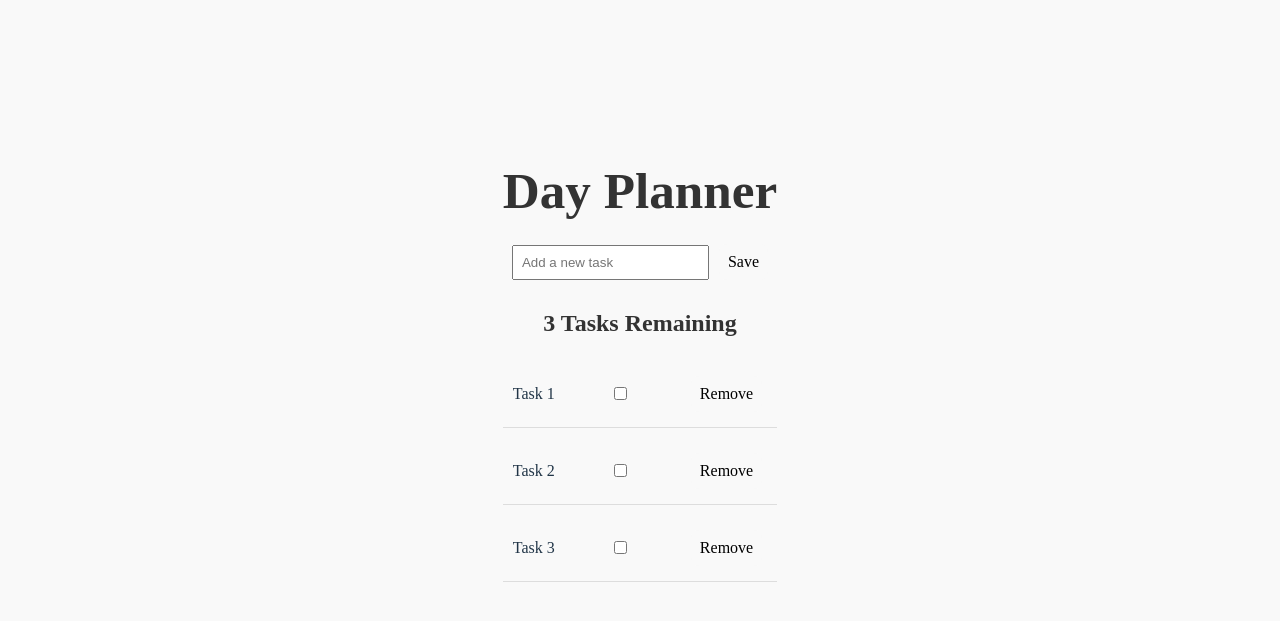
Repository: GavinPahal/Lab7
Page: /
The author's editor kept a copy of each file at every save. The page is drawn from the files as they stood at one save, then again after the next save.
The browser window is 1280 px wide. The pictures show the whole page.
The project was rebuilt for these pictures with package versions that can differ from the ones it lists, and the page was loaded fresh each time. Also part of the build but not shown: vite.config.js.

Above is the page before, as saved 2024-10-27 12:29:59.

### src/App.jsx
import React, { useState } from 'react';
import Task from './components/Task';
import TaskForm from './components/TaskForm';
import './App.css';

function App() {
  const [tasks, setTasks] = useState([
    { text: 'Task 1', isCompleted: false },
    { text: 'Task 2', isCompleted: false },
    { text: 'Task 3', isCompleted: false },
  ]);  // Initial 3 tasks

  const [showAll, setShowAll] = useState(false);  // State to toggle showing all tasks

  // Function to add a new task
  const addTask = (task) => {
    setTasks([...tasks, { text: task, isCompleted: false }]);
  };

  // Function to toggle task completion status
  const toggleTask = (index) => {
    const newTasks = [...tasks];
    newTasks[index].isCompleted = !newTasks[index].isCompleted;
    setTasks(newTasks);
  };

  // Function to delete a task
  const deleteTask = (index) => {
    const newTasks = tasks.filter((_, i) => i !== index);
    setTasks(newTasks);
  };

  // Get the count of pending tasks
  const pendingTasks = tasks.filter(task => !task.isCompleted).length;

  // Control how many tasks to display (first 3 or all)
  const tasksToDisplay = showAll ? tasks : tasks.slice(0, 3);

  return (
    <div className="app">
      <h1>Day Planner</h1>

      {/* TaskForm is now between the heading and task count */}
      <TaskForm addTask={addTask} />

      <h2>{pendingTasks} Tasks Remaining</h2>

      <div className="task-list">
        {tasksToDisplay.length > 0 ? (
          tasksToDisplay.map((task, index) => (
            <Task
              key={index}
              index={index}
              task={task}
              toggleTask={toggleTask}
              deleteTask={deleteTask}
            />
          ))
        ) : null /* Removed the "No tasks available" message */}
      </div>

      {tasks.length > 3 && !showAll && (
        <button onClick={() => setShowAll(true)}>Show All Tasks</button>
      )}
    </div>
  );
}

export default App;

### src/components/Task.jsx
import React from 'react';

function Task({ task, index, toggleTask, deleteTask }) {
  return (
    <div className={`task ${task.isCompleted ? 'completed' : ''}`}>
      <span>{task.text}</span>
      <input
        type="checkbox"
        checked={task.isCompleted}
        onChange={() => toggleTask(index)}
      />
      <button onClick={() => deleteTask(index)}>Remove</button>
    </div>
  );
}

export default Task;

### src/components/TaskForm.jsx
import React, { useState } from 'react';

function TaskForm({ addTask }) {
  const [value, setValue] = useState('');

  const handleSubmit = (e) => {
    e.preventDefault();
    if (!value) return;
    addTask(value);
    setValue('');
  };

  return (
    <form onSubmit={handleSubmit} className="task-form">
      <input
        type="text"
        value={value}
        onChange={(e) => setValue(e.target.value)}
        placeholder="Add a new task"
      />
      <button type="submit">Save</button>  {/* Changed 'Add' to 'Save' */}
    </form>
  );
}

export default TaskForm;

### src/App.css
body {
  font-family: 'Times New Roman', serif;
  margin: 0;
  padding: 0;
  background-color: #f9f9f9;
  display: flex; /* Use flexbox for centering */
  justify-content: center; /* Center horizontally */
  align-items: center; /* Center vertically */
  height: 100vh; /* Full viewport height */
  text-align: center; /* Center text within the body */
}

h1, h2 {
  margin-bottom: 20px;
  color: #333;
}

.task-list {
  margin-top: 20px;
}

.task {
  display: flex;
  justify-content: space-between;
  align-items: center;
  padding: 10px;
  margin-bottom: 10px;
  border-bottom: 1px solid #ddd;
}

.task.completed {
  text-decoration: line-through;
  color: #aaa;
}

/* Style the Save button */
.save-button {
  background-color: green; /* Green background */
  color: white; /* White text */
  padding: 10px; /* Padding for height */
  border: none; /* No border */
  cursor: pointer;
  font-size: 16px;
  width: 100%; /* Full width for a rectangle shape */
}

input[type="text"], button {
  padding: 8px;
  margin: 5px;
}

Loaded but not shown: index.html (common file); src/main.jsx (common file); src/index.css (common file)

After the next save:
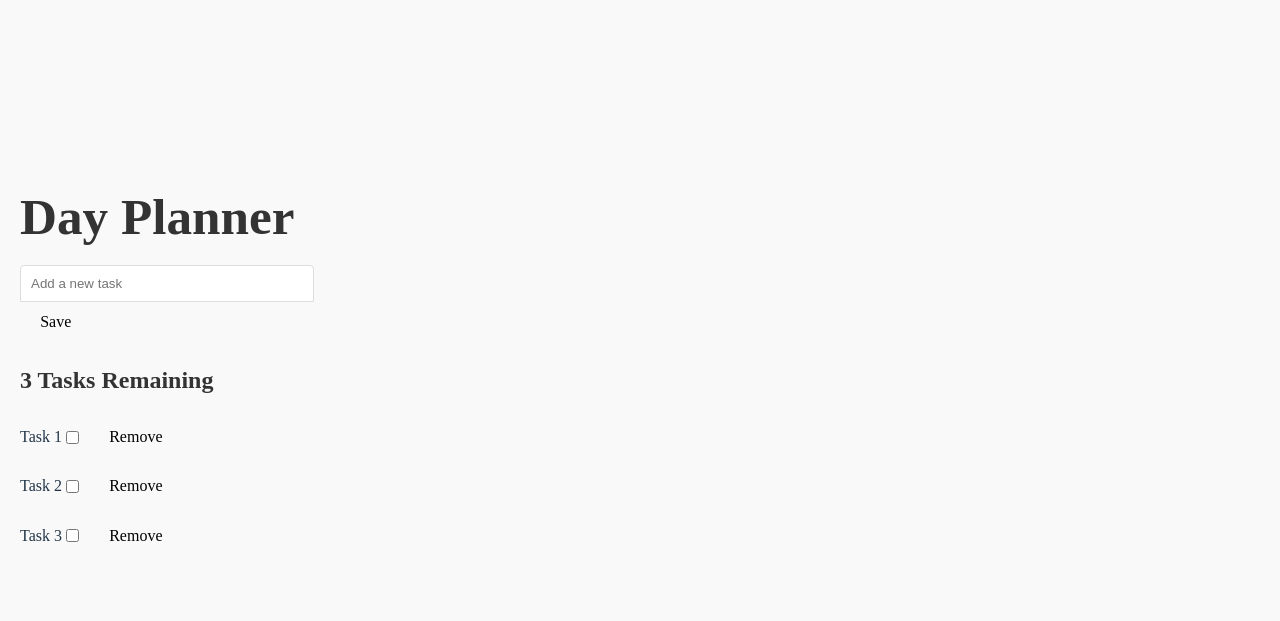
Saved 63 s later.
--- a/src/App.css
+++ b/src/App.css
@@ -3,11 +3,13 @@ body {
   margin: 0;
   padding: 0;
   background-color: #f9f9f9;
-  display: flex; /* Use flexbox for centering */
-  justify-content: center; /* Center horizontally */
-  align-items: center; /* Center vertically */
-  height: 100vh; /* Full viewport height */
-  text-align: center; /* Center text within the body */
+}
+
+.app {
+  max-width: 400px;
+  margin: 20px auto; /* Adjusted for more space at the top */
+  padding: 20px;
+  text-align: left; /* Align text to the left */
 }
 
 h1, h2 {
@@ -21,16 +23,29 @@ h1, h2 {
 
 .task {
   display: flex;
-  justify-content: space-between;
   align-items: center;
-  padding: 10px;
-  margin-bottom: 10px;
-  border-bottom: 1px solid #ddd;
+  margin-bottom: 10px; /* Space between tasks */
 }
 
-.task.completed {
-  text-decoration: line-through;
-  color: #aaa;
+.task input[type="checkbox"] {
+  margin-right: 10px; /* Space between checkbox and task text */
+}
+
+.task-text {
+  margin-right: 10px; /* Space between task text and button */
+}
+
+.remove-button {
+  background-color: red; /* Red background */
+  color: white; /* White text */
+  padding: 5px 10px; /* Padding for the button */
+  border: none; /* No border */
+  cursor: pointer; /* Pointer cursor on hover */
+  border-radius: 4px; /* Rounded corners */
+}
+
+.remove-button:hover {
+  opacity: 0.8; /* Slightly dim when hovered */
 }
 
 /* Style the Save button */
@@ -42,9 +57,24 @@ h1, h2 {
   cursor: pointer;
   font-size: 16px;
   width: 100%; /* Full width for a rectangle shape */
+  border-radius: 0 0 4px 4px; /* Rounded corners at the bottom */
 }
 
-input[type="text"], button {
-  padding: 8px;
-  margin: 5px;
+/* Style input box */
+input[type="text"] {
+  padding: 10px; /* Same height as button */
+  width: calc(100% - 2px); /* Adjust width to prevent overflow */
+  border: 1px solid #ddd; /* Add border */
+  border-radius: 4px 4px 0 0; /* Rounded corners at the top */
+  margin: 0; /* Remove margin */
 }
+
+/* Reset margin and padding for button */
+button {
+  margin: 0; /* No margin to connect with input */
+}
+
+input[type="text"]:focus {
+  outline: none; /* Remove default outline on focus */
+  border-color: green; /* Change border color on focus */
+}
